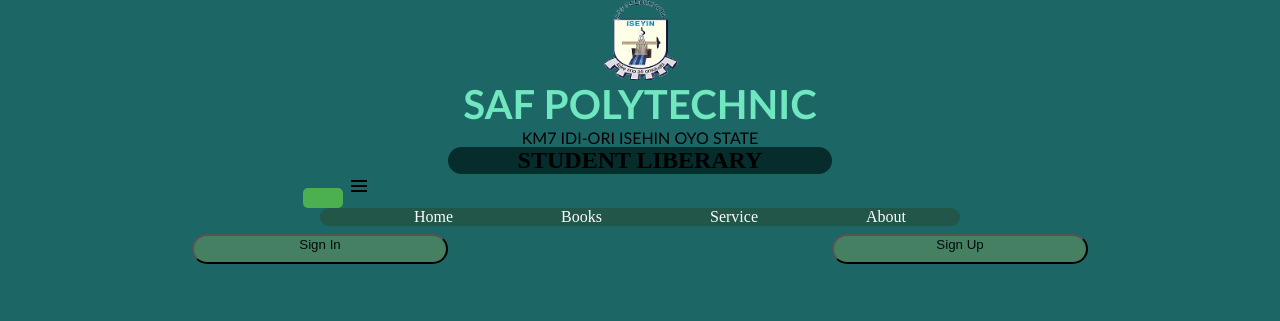
Repository: makinwademila/new-html
Page: index.html
The author's editor kept a copy of each file at every save. The page is drawn from the files as they stood at one save, then again after the next save.
The browser window is 1280 px wide. The pictures show the whole page.

Above is the page before, as saved 2025-02-10 23:20:35.

After the next save:
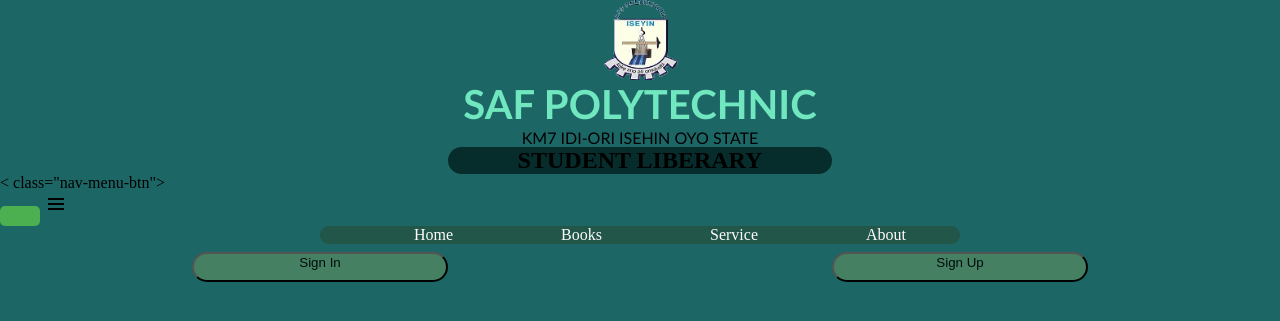
Saved 91 s later.
--- a/index.html
+++ b/index.html
@@ -30,7 +30,7 @@
             </h2>
         </div>
     </nav>
-    <div class="nav-menu-btn">
+    < class="nav-menu-btn">
 
         <div class="menu-icon" id="menu-icon">
 
@@ -53,27 +53,22 @@
                     <svg xmlns="http://www.w3.org/2000/svg" width="24" height="24" viewBox="0 0 24 24"><path d="M4 6h16v2H4zm0 5h16v2H4zm0 5h16v2H4z"/></svg>
               </span>
         </div>
-        <div class="drop-down-menu" id="drop-down-menu">
-
+        <div class="nav-menu">
+            <ul>
+                <li><a href="#" class="first">Home</a></li>
+                <li><a href="#" class="second">Books</a></li>
+                <li><a href="#" class="third">Service</a></li>
+                <li><a href="#" class="fourth">About</a></li>
+            </ul>
         </div>
 
-    </div>
-    <div class="nav-menu">
-        <ul>
-            <li><a href="#" class="first">Home</a></li>
-            <li><a href="#" class="second">Books</a></li>
-            <li><a href="#" class="third">Service</a></li>
-            <li><a href="#" class="fourth">About</a></li>
-        </ul>
-    </div>
 
+        <div class="nav-button">
+            <button class="btn1" id="loginBtn">Sign In</button>
+            <button class="btn" id="RegisterBtn">Sign Up</button>
+        </div>
 
-    <div class="nav-button">
-        <button class="btn1" id="loginBtn">Sign In</button>
-        <button class="btn" id="RegisterBtn">Sign Up</button>
-    </div>
-
-    <script src="script.js"></script>
+        <script src="script.js"></script>
 </body>
 
 

After the save that followed:
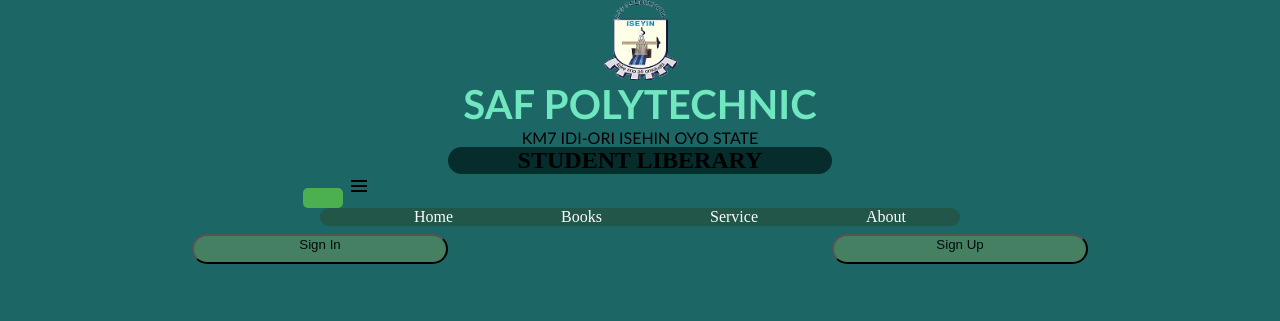
Saved 3 min 54 s later.
--- a/index.html
+++ b/index.html
@@ -30,7 +30,7 @@
             </h2>
         </div>
     </nav>
-    < class="nav-menu-btn">
+    <div class="nav-menu-btn">
 
         <div class="menu-icon" id="menu-icon">
 
@@ -53,22 +53,27 @@
                     <svg xmlns="http://www.w3.org/2000/svg" width="24" height="24" viewBox="0 0 24 24"><path d="M4 6h16v2H4zm0 5h16v2H4zm0 5h16v2H4z"/></svg>
               </span>
         </div>
-        <div class="nav-menu">
-            <ul>
-                <li><a href="#" class="first">Home</a></li>
-                <li><a href="#" class="second">Books</a></li>
-                <li><a href="#" class="third">Service</a></li>
-                <li><a href="#" class="fourth">About</a></li>
-            </ul>
+        <div class="drop-down-menu" id="drop-down-menu">
+
         </div>
 
+    </div>
+    <div class="nav-menu">
+        <ul>
+            <li><a href="#" class="first">Home</a></li>
+            <li><a href="#" class="second">Books</a></li>
+            <li><a href="#" class="third">Service</a></li>
+            <li><a href="#" class="fourth">About</a></li>
+        </ul>
+    </div>
 
-        <div class="nav-button">
-            <button class="btn1" id="loginBtn">Sign In</button>
-            <button class="btn" id="RegisterBtn">Sign Up</button>
-        </div>
 
-        <script src="script.js"></script>
+    <div class="nav-button">
+        <button class="btn1" id="loginBtn">Sign In</button>
+        <button class="btn" id="RegisterBtn">Sign Up</button>
+    </div>
+
+    <script src="script.js"></script>
 </body>
 
 
